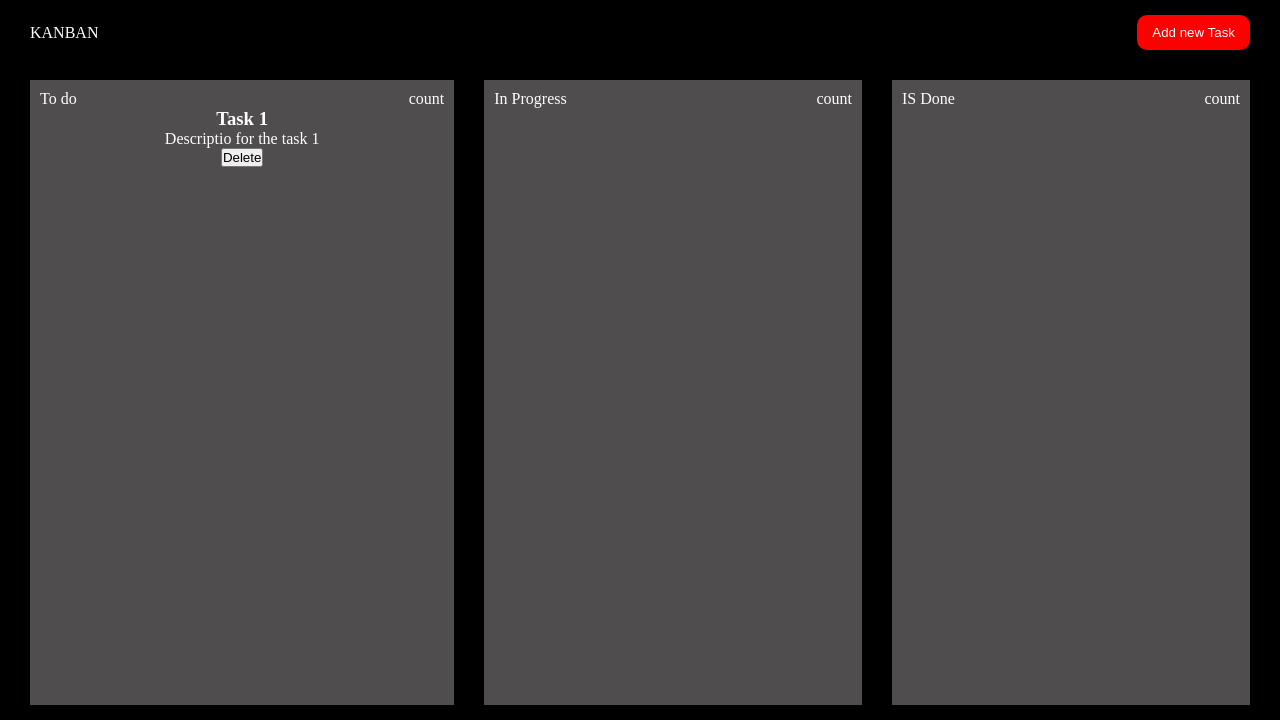
Repository: Sandeepji-5/Kanban-board
Page: index.html
The author's editor kept a copy of each file at every save. The page is drawn from the files as they stood at one save, then again after the next save.
The browser window is 1280 px wide. The pictures show the whole page.

Above is the page before, as saved 2025-12-08 18:36:24.

### index.html
<!DOCTYPE html>
<html lang="en">
<head>
    <meta charset="UTF-8">
    <meta name="viewport" content="width=device-width, initial-scale=1.0">
    <title>Document</title>
    <link rel="stylesheet" href="style.css">
</head>
<body>
    <main>
        <nav>
            <div class="left">KANBAN</div>
            <div class="right"><button>Add new Task</button></div>
        </nav>
        <section class="board">
            <div class="task-column">
                <div class="heading">
                    <div class="left">To do </div>
                    <div class="right">count</div>
                </div>
                <div class="task">
                    <h3>Task 1</h3>
                    <p>Descriptio for the task 1 </p>
                    <button>Delete</button>
                </div>
            </div>
            <div class="task-column">
                <div class="heading">
                    <div class="left">In Progress</div>
                    <div class="right">count</div>
                </div>
            </div>
            <div class="task-column">
                <div class="heading">
                    <div class="left">IS Done </div>
                    <div class="right"> count</div>
                </div>
            </div>
        </section>


    </main>
    <script src="kanban.js"></script>
</body>
</html>

### style.css
* {
    margin: 0;
    padding: 0;

    box-sizing: border-box;
}

html,
body {
    width: 100%;
    height: 100%;

}

:root {
    --bg-color: #0000000;
    --bg-button-color: rgb(79, 77, 77);
    --primary-text-color: #f4f4f4;

    /* padding 1 rem 2 rem */
    --nav-padding: 15px 30px;
    --section-padding: 15px 30px;
    --padding-s: 5px;
    --padding-m: 10px;
    --padding-l: 15px;
    --padding-xl: 20px;
    --padding-xxl: 30px;


    /* border radius variable  */



    --border-radius-s:5px;
    --border-radius-m:10px;
    --border-radius-l:15px;
    --border-radius-xl:20px;
    --border-radius-xxl:30px;


}

body {
    background-color: black;
    color: white;
}
main{
    display: flex;
    height: 100%;
    width: 100%;
    flex-direction: column;


}

nav{
    padding: var(--nav-padding);
    display: flex;
    align-items: center;
    justify-content: space-between;

}
nav button{
    background-color: red;
    color: white;
    border: none;
    outline: none;
    padding: var(  --padding-m) var(  --padding-l);
    cursor: pointer;
    border-radius:var(--border-radius-m) ;

}


section{
    padding:var(--section-padding);
    /* height: 100%; */
    display: flex;
    flex-grow: 1;
    justify-content: space-between;

    gap: var(--padding-xxl);

}
section .task-column{
    padding: var(--padding-m);
    background-color: var(--bg-button-color);
    flex-grow: 1  ;
    padding: var(--padding-m)      ;

}
section .task-column .heading{
    display: flex;
    justify-content: space-between ;
}


section .task-column .task{
    align-items: center;
    display: flex;
    flex-direction: column;
}

Loaded but not shown: kanban.js (no copy from this time; the picture is the same without it)

After the next save:
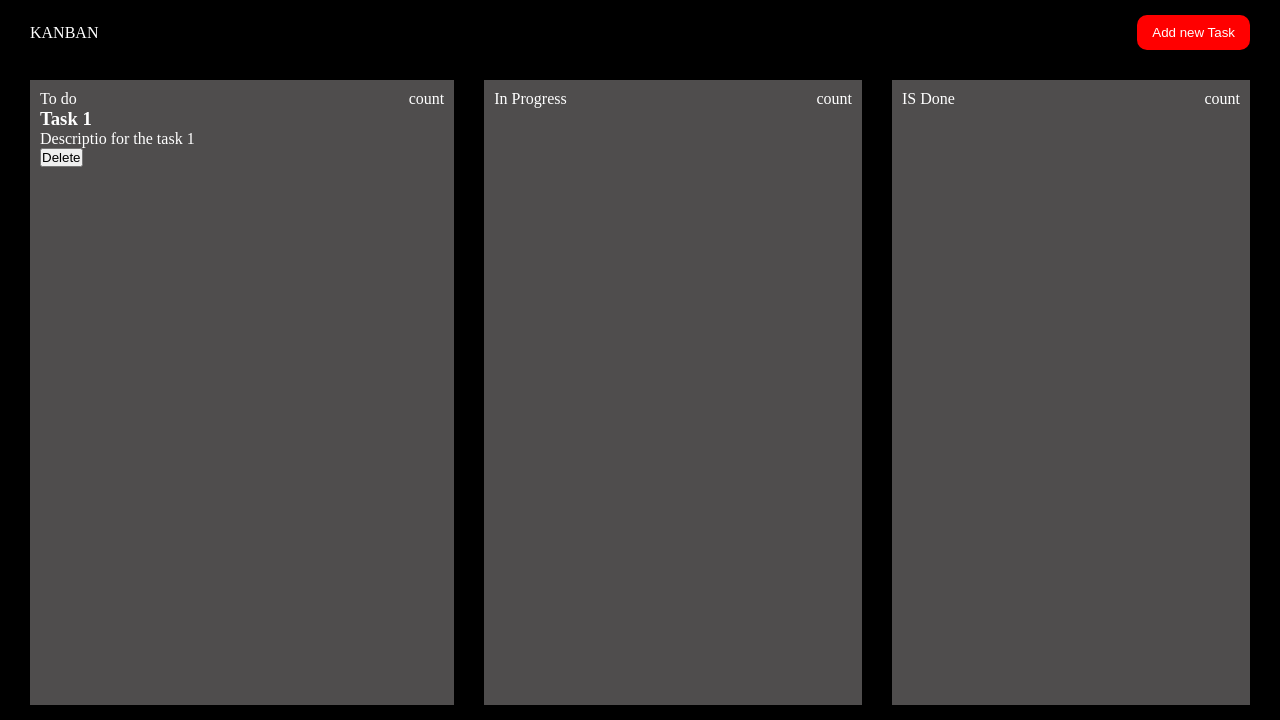
Saved 25 s later.
--- a/style.css
+++ b/style.css
@@ -95,7 +95,7 @@ section .task-column .heading{
 }
 
 
-section .task-column .task{
+section .task-column .heading .task{
     align-items: center;
     display: flex;
     flex-direction: column;
